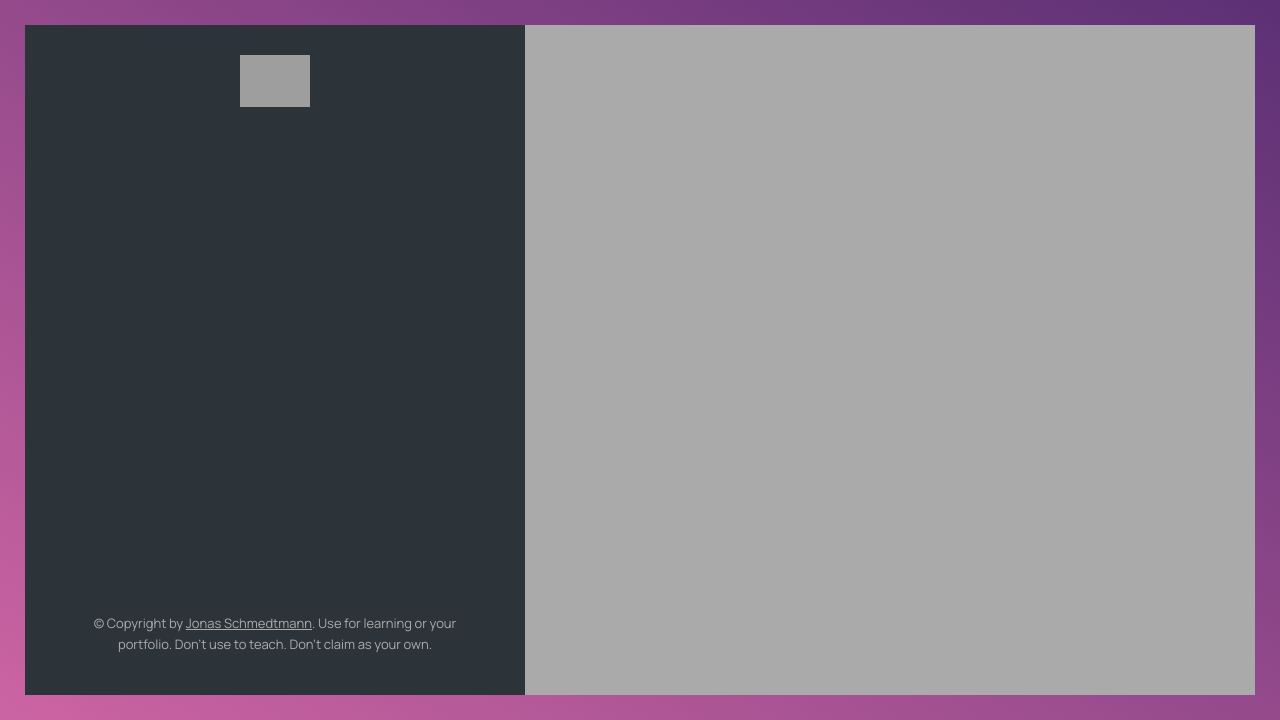
Repository: thuan711/All-about-JS
Page: map.html
These files come from the project's save history. The page is drawn as it stood at one moment and after the next save; the edit follows.
The browser window is 1280 px wide. The pictures show the whole page.
Pictures or frames that could not be fetched are drawn as grey boxes. Some web libraries are served in a nearby version.

Above is the page before, as saved 2023-01-05 23:56:09.

### map.html
<!DOCTYPE html>
<html lang="en">
  <head>
    <meta charset="UTF-8" />
    <meta name="viewport" content="width=device-width, initial-scale=1.0" />
    <meta http-equiv="X-UA-Compatible" content="ie=edge" />
    <link rel="shortcut icon" type="image/png" href="/icon.png" />

    <link
      href="https://fonts.googleapis.com/css2?family=Manrope:wght@400;600;700;800&display=swap"
      rel="stylesheet"
    />

    <link rel="stylesheet" href="style.css" />

    <link
      rel="stylesheet"
      href="https://unpkg.com/leaflet@1.6.0/dist/leaflet.css"
      integrity="sha512-xwE/Az9zrjBIphAcBb3F6JVqxf46+CDLwfLMHloNu6KEQCAWi6HcDUbeOfBIptF7tcCzusKFjFw2yuvEpDL9wQ=="
      crossorigin=""
    />
    <script
      defer
      src="https://unpkg.com/leaflet@1.6.0/dist/leaflet.js"
      integrity="sha512-gZwIG9x3wUXg2hdXF6+rVkLF/0Vi9U8D2Ntg4Ga5I5BZpVkVxlJWbSQtXPSiUTtC0TjtGOmxa1AJPuV0CPthew=="
      crossorigin=""
    ></script>
    <style>
        :root {
            --color-brand--1: #ffb545;
            --color-brand--2: #00c46a;

            --color-dark--1: #2d3439;
            --color-dark--2: #42484d;
            --color-light--1: #aaa;
            --color-light--2: #ececec;
            --color-light--3: rgb(214, 222, 224);
          }

          * {
            margin: 0;
            padding: 0;
            box-sizing: inherit;
          }

          html {
            font-size: 62.5%;
            box-sizing: border-box;
          }

          body {
            font-family: 'Manrope', sans-serif;
            color: var(--color-light--2);
            font-weight: 400;
            line-height: 1.6;
            height: 100vh;
            overscroll-behavior-y: none;

            background-color: #fff;
            padding: 2.5rem;

            display: flex;
          }

          /* GENERAL */
          a:link,
          a:visited {
            color: var(--color-brand--1);
          }

          /* SIDEBAR */
          .sidebar {
            flex-basis: 50rem;
            background-color: var(--color-dark--1);
            padding: 3rem 5rem 4rem 5rem;
            display: flex;
            flex-direction: column;
          }

          .logo {
            height: 5.2rem;
            align-self: center;
            margin-bottom: 4rem;
          }

          .workouts {
            list-style: none;
            height: 77vh;
            overflow-y: scroll;
            overflow-x: hidden;
          }

          .workouts::-webkit-scrollbar {
            width: 0;
          }

          .workout {
            background-color: var(--color-dark--2);
            border-radius: 5px;
            padding: 1.5rem 2.25rem;
            margin-bottom: 1.75rem;
            cursor: pointer;

            display: grid;
            grid-template-columns: 1fr 1fr 1fr 1fr;
            gap: 0.75rem 1.5rem;
          }
          .workout--running {
            border-left: 5px solid var(--color-brand--2);
          }
          .workout--cycling {
            border-left: 5px solid var(--color-brand--1);
          }

          .workout__title {
            font-size: 1.7rem;
            font-weight: 600;
            grid-column: 1 / -1;
          }

          .workout__details {
            display: flex;
            align-items: baseline;
          }

          .workout__icon {
            font-size: 1.8rem;
            margin-right: 0.2rem;
            height: 0.28rem;
          }

          .workout__value {
            font-size: 1.5rem;
            margin-right: 0.5rem;
          }

          .workout__unit {
            font-size: 1.1rem;
            color: var(--color-light--1);
            text-transform: uppercase;
            font-weight: 800;
          }

          .form {
            background-color: var(--color-dark--2);
            border-radius: 5px;
            padding: 1.5rem 2.75rem;
            margin-bottom: 1.75rem;

            display: grid;
            grid-template-columns: 1fr 1fr;
            gap: 0.5rem 2.5rem;

            /* Match height and activity boxes */
            height: 9.25rem;
            transition: all 0.5s, transform 1ms;
          }

          .form.hidden {
            transform: translateY(-30rem);
            height: 0;
            padding: 0 2.25rem;
            margin-bottom: 0;
            opacity: 0;
          }

          .form__row {
            display: flex;
            align-items: center;
          }

          .form__row--hidden {
            display: none;
          }

          .form__label {
            flex: 0 0 50%;
            font-size: 1.5rem;
            font-weight: 600;
          }

          .form__input {
            width: 100%;
            padding: 0.3rem 1.1rem;
            font-family: inherit;
            font-size: 1.4rem;
            border: none;
            border-radius: 3px;
            background-color: var(--color-light--3);
            transition: all 0.2s;
          }

          .form__input:focus {
            outline: none;
            background-color: #fff;
          }

          .form__btn {
            display: none;
          }

          .copyright {
            margin-top: auto;
            font-size: 1.3rem;
            text-align: center;
            color: var(--color-light--1);
          }

          .twitter-link:link,
          .twitter-link:visited {
            color: var(--color-light--1);
            transition: all 0.2s;
          }

          .twitter-link:hover,
          .twitter-link:active {
            color: var(--color-light--2);
          }

          /* MAP */
          #map {
            flex: 1;
            height: 100%;
            background-color: var(--color-light--1);
          }

          /* Popup width is defined in JS using options */
          .leaflet-popup .leaflet-popup-content-wrapper {
            background-color: var(--color-dark--1);
            color: var(--color-light--2);
            border-radius: 5px;
            padding-right: 0.6rem;
          }

          .leaflet-popup .leaflet-popup-content {
            font-size: 1.5rem;
          }

          .leaflet-popup .leaflet-popup-tip {
            background-color: var(--color-dark--1);
          }

          .running-popup .leaflet-popup-content-wrapper {
            border-left: 5px solid var(--color-brand--2);
          }
          .cycling-popup .leaflet-popup-content-wrapper {
            border-left: 5px solid var(--color-brand--1);
          }
    </style>

    <!-- <script defer src="other.js"></script> -->
    <script defer src="event/map.js"></script>
    <title>mapty // Map your workouts</title>
  </head>
  <body>
    <div class="sidebar">
      <img src="logo.png" alt="Logo" class="logo" />

      <ul class="workouts">
        <form class="form hidden">
          <div class="form__row">
            <label class="form__label">Type</label>
            <select class="form__input form__input--type">
              <option value="running">Running</option>
              <option value="cycling">Cycling</option>
            </select>
          </div>
          <div class="form__row">
            <label class="form__label">Distance</label>
            <input class="form__input form__input--distance" placeholder="km" />
          </div>
          <div class="form__row">
            <label class="form__label">Duration</label>
            <input
              class="form__input form__input--duration"
              placeholder="min"
            />
          </div>

          <div class="form__row">
            <label class="form__label">Cadence</label>
            <input
              class="form__input form__input--cadence"
              placeholder="step/min"
            />
          </div>
          <div class="form__row form__row--hidden">
            <label class="form__label">Elev Gain</label>
            <input
              class="form__input form__input--elevation"
              placeholder="meters"
            />
          </div>
          <button class="form__btn">OK</button>
        </form>

        <!-- <li class="workout workout--running" data-id="1234567890">
          <h2 class="workout__title">Running on April 14</h2>
          <div class="workout__details">
            <span class="workout__icon">🏃‍♂️</span>
            <span class="workout__value">5.2</span>
            <span class="workout__unit">km</span>
          </div>
          <div class="workout__details">
            <span class="workout__icon">⏱</span>
            <span class="workout__value">24</span>
            <span class="workout__unit">min</span>
          </div>
          <div class="workout__details">
            <span class="workout__icon">⚡️</span>
            <span class="workout__value">4.6</span>
            <span class="workout__unit">min/km</span>
          </div>
          <div class="workout__details">
            <span class="workout__icon">🦶🏼</span>
            <span class="workout__value">178</span>
            <span class="workout__unit">spm</span>
          </div>
        </li>

        <li class="workout workout--cycling" data-id="1234567891">
          <h2 class="workout__title">Cycling on April 5</h2>
          <div class="workout__details">
            <span class="workout__icon">🚴‍♀️</span>
            <span class="workout__value">27</span>
            <span class="workout__unit">km</span>
          </div>
          <div class="workout__details">
            <span class="workout__icon">⏱</span>
            <span class="workout__value">95</span>
            <span class="workout__unit">min</span>
          </div>
          <div class="workout__details">
            <span class="workout__icon">⚡️</span>
            <span class="workout__value">16</span>
            <span class="workout__unit">km/h</span>
          </div>
          <div class="workout__details">
            <span class="workout__icon">⛰</span>
            <span class="workout__value">223</span>
            <span class="workout__unit">m</span>
          </div>
        </li> -->
      </ul>

      <p class="copyright">
        &copy; Copyright by
        <a
          class="twitter-link"
          target="_blank"
          href="https://twitter.com/jonasschmedtman"
          >Jonas Schmedtmann</a
        >. Use for learning or your portfolio. Don't use to teach. Don't claim
        as your own.
      </p>
    </div>

    <div id="map"></div>
  </body>
</html>

### 32131312-main/32131312-main/style.css
body{
    background-image: linear-gradient(to top right,
        #CC64A2, #5C3075
    );
    min-height: 100vh;
    line-height: 20px;
    font-family: monospace;
}
.container{
    width:900px;
    margin:150px auto 0;
}
.list{
    display: grid;
    grid-template-columns: 300px 300px 300px;
    column-gap: 20px;
}
.item .img img{
    height:200px;
    transition: 0.5s;
}
.item .img{
    background-image: linear-gradient(to top right,
        #D89CD1, #D499D4
    );
    padding:20px;
    display: flex;
    justify-content: center;
    align-items: center;
    border-radius: 30px;
}
.item .content{
    background-color: #ffffff24;
    border-radius: 30px;
    padding:50px 30px;
    transform: translate(0,-50px);
    backdrop-filter: blur(20px);
    color:#fff;
}
.title{
    font-size: x-large;
}
.item .content .des{
    opacity: .7;
    margin:10px 0;
}
.item .content .price{
    font-size: large;
    letter-spacing: 3px;
    margin-bottom:10px;
}
.item .content .add{
    background-color: #B192EF;
    padding:20px;
    color:#fff;
    width:100%;
    border:none;
    border-radius: 30px;
}
.item:hover img{
    transform: translate(0,-50px);
}
.listPage{
    padding:10px;
    text-align: center;
    list-style: none;
}
.listPage li{
    background-color: #ffffffBD;
    padding:20px;
    display: inline-block;
    margin:0 10px;
    cursor: pointer;
}
.listPage .active{
    background-color: #B192EF;
    color:#fff;
}

### event/map.js
'use strict';

class Workout {
  date = new Date();
  id = (Date.now() + '').slice(-10);
  clicks = 0;

  constructor(coords, distance, duration) {
    // this.date = ...
    // this.id = ...
    this.coords = coords; // [lat, lng]
    this.distance = distance; // in km
    this.duration = duration; // in min
  }

  _setDescription() {
    // prettier-ignore
    const months = ['January', 'February', 'March', 'April', 'May', 'June', 'July', 'August', 'September', 'October', 'November', 'December'];

    this.description = `${this.type[0].toUpperCase()}${this.type.slice(1)} on ${
      months[this.date.getMonth()]
    } ${this.date.getDate()}`;
  }

  click() {
    this.clicks++;
  }
}

class Running extends Workout {
  type = 'running';

  constructor(coords, distance, duration, cadence) {
    super(coords, distance, duration);
    this.cadence = cadence;
    this.calcPace();
    this._setDescription();
  }

  calcPace() {
    // min/km
    this.pace = this.duration / this.distance;
    return this.pace;
  }
}

class Cycling extends Workout {
  type = 'cycling';

  constructor(coords, distance, duration, elevationGain) {
    super(coords, distance, duration);
    this.elevationGain = elevationGain;
    // this.type = 'cycling';
    this.calcSpeed();
    this._setDescription();
  }

  calcSpeed() {
    // km/h
    this.speed = this.distance / (this.duration / 60);
    return this.speed;
  }
}

// const run1 = new Running([39, -12], 5.2, 24, 178);
// const cycling1 = new Cycling([39, -12], 27, 95, 523);
// console.log(run1, cycling1);

///////////////////////////////////////
// APPLICATION ARCHITECTURE
const form = document.querySelector('.form');
const containerWorkouts = document.querySelector('.workouts');
const inputType = document.querySelector('.form__input--type');
const inputDistance = document.querySelector('.form__input--distance');
const inputDuration = document.querySelector('.form__input--duration');
const inputCadence = document.querySelector('.form__input--cadence');
const inputElevation = document.querySelector('.form__input--elevation');

class App {
  #map;
  #mapZoomLevel = 13;
  #mapEvent;
  #workouts = [];

  constructor() {
    // Get user's position
    this._getPosition();

    // Get data from local storage
    this._getLocalStorage();

    // Attach event handlers
    form.addEventListener('submit', this._newWorkout.bind(this));
    inputType.addEventListener('change', this._toggleElevationField);
    containerWorkouts.addEventListener('click', this._moveToPopup.bind(this));
  }

  _getPosition() {
    if (navigator.geolocation)
      navigator.geolocation.getCurrentPosition(
        this._loadMap.bind(this),
        function () {
          alert('Could not get your position');
        }
      );
  }

  _loadMap(position) {
    const { latitude } = position.coords;
    const { longitude } = position.coords;
    // console.log(`https://www.google.pt/maps/@${latitude},${longitude}`);

    const coords = [latitude, longitude];

    this.#map = L.map('map').setView(coords, this.#mapZoomLevel);

    L.tileLayer('https://{s}.tile.openstreetmap.fr/hot/{z}/{x}/{y}.png', {
      attribution:
        '&copy; <a href="https://www.openstreetmap.org/copyright">OpenStreetMap</a> contributors',
    }).addTo(this.#map);

    // Handling clicks on map
    this.#map.on('click', this._showForm.bind(this));

    this.#workouts.forEach(work => {
      this._renderWorkoutMarker(work);
    });
  }

  _showForm(mapE) {
    this.#mapEvent = mapE;
    form.classList.remove('hidden');
    inputDistance.focus();
  }

  _hideForm() {
    // Empty inputs
    inputDistance.value = inputDuration.value = inputCadence.value = inputElevation.value =
      '';

    form.style.display = 'none';
    form.classList.add('hidden');
    setTimeout(() => (form.style.display = 'grid'), 1000);
  }

  _toggleElevationField() {
    inputElevation.closest('.form__row').classList.toggle('form__row--hidden');
    inputCadence.closest('.form__row').classList.toggle('form__row--hidden');
  }

  _newWorkout(e) {
    const validInputs = (...inputs) =>
      inputs.every(inp => Number.isFinite(inp));
    const allPositive = (...inputs) => inputs.every(inp => inp > 0);

    e.preventDefault();

    // Get data from form
    const type = inputType.value;
    const distance = +inputDistance.value;
    const duration = +inputDuration.value;
    const { lat, lng } = this.#mapEvent.latlng;
    let workout;

    // If workout running, create running object
    if (type === 'running') {
      const cadence = +inputCadence.value;

      // Check if data is valid
      if (
        // !Number.isFinite(distance) ||
        // !Number.isFinite(duration) ||
        // !Number.isFinite(cadence)
        !validInputs(distance, duration, cadence) ||
        !allPositive(distance, duration, cadence)
      )
        return alert('Inputs have to be positive numbers!');

      workout = new Running([lat, lng], distance, duration, cadence);
    }

    // If workout cycling, create cycling object
    if (type === 'cycling') {
      const elevation = +inputElevation.value;

      if (
        !validInputs(distance, duration, elevation) ||
        !allPositive(distance, duration)
      )
        return alert('Inputs have to be positive numbers!');

      workout = new Cycling([lat, lng], distance, duration, elevation);
    }

    // Add new object to workout array
    this.#workouts.push(workout);

    // Render workout on map as marker
    this._renderWorkoutMarker(workout);

    // Render workout on list
    this._renderWorkout(workout);

    // Hide form + clear input fields
    this._hideForm();

    // Set local storage to all workouts
    this._setLocalStorage();
  }

  _renderWorkoutMarker(workout) {
    L.marker(workout.coords)
      .addTo(this.#map)
      .bindPopup(
        L.popup({
          maxWidth: 250,
          minWidth: 100,
          autoClose: false,
          closeOnClick: false,
          className: `${workout.type}-popup`,
        })
      )
      .setPopupContent(
        `${workout.type === 'running' ? '🏃‍♂️' : '🚴‍♀️'} ${workout.description}`
      )
      .openPopup();
  }

  _renderWorkout(workout) {
    let html = `
      <li class="workout workout--${workout.type}" data-id="${workout.id}">
        <h2 class="workout__title">${workout.description}</h2>
        <div class="workout__details">
          <span class="workout__icon">${
            workout.type === 'running' ? '🏃‍♂️' : '🚴‍♀️'
          }</span>
          <span class="workout__value">${workout.distance}</span>
          <span class="workout__unit">km</span>
        </div>
        <div class="workout__details">
          <span class="workout__icon">⏱</span>
          <span class="workout__value">${workout.duration}</span>
          <span class="workout__unit">min</span>
        </div>
    `;

    if (workout.type === 'running')
      html += `
        <div class="workout__details">
          <span class="workout__icon">⚡️</span>
          <span class="workout__value">${workout.pace.toFixed(1)}</span>
          <span class="workout__unit">min/km</span>
        </div>
        <div class="workout__details">
          <span class="workout__icon">🦶🏼</span>
          <span class="workout__value">${workout.cadence}</span>
          <span class="workout__unit">spm</span>
        </div>
      </li>
      `;

    if (workout.type === 'cycling')
      html += `
        <div class="workout__details">
          <span class="workout__icon">⚡️</span>
          <span class="workout__value">${workout.speed.toFixed(1)}</span>
          <span class="workout__unit">km/h</span>
        </div>
        <div class="workout__details">
          <span class="workout__icon">⛰</span>
          <span class="workout__value">${workout.elevationGain}</span>
          <span class="workout__unit">m</span>
        </div>
      </li>
      `;

    form.insertAdjacentHTML('afterend', html);
  }

  _moveToPopup(e) {
    // BUGFIX: When we click on a workout before the map has loaded, we get an error. But there is an easy fix:
    if (!this.#map) return;

    const workoutEl = e.target.closest('.workout');

    if (!workoutEl) return;

    const workout = this.#workouts.find(
      work => work.id === workoutEl.dataset.id
    );

    this.#map.setView(workout.coords, this.#mapZoomLevel, {
      animate: true,
      pan: {
        duration: 1,
      },
    });

    // using the public interface
    // workout.click();
  }

  _setLocalStorage() {
    localStorage.setItem('workouts', JSON.stringify(this.#workouts));
  }

  _getLocalStorage() {
    const data = JSON.parse(localStorage.getItem('workouts'));

    if (!data) return;

    this.#workouts = data;

    this.#workouts.forEach(work => {
      this._renderWorkout(work);
    });
  }

  reset() {
    localStorage.removeItem('workouts');
    location.reload();
  }
}

const app = new App();

After the next save:
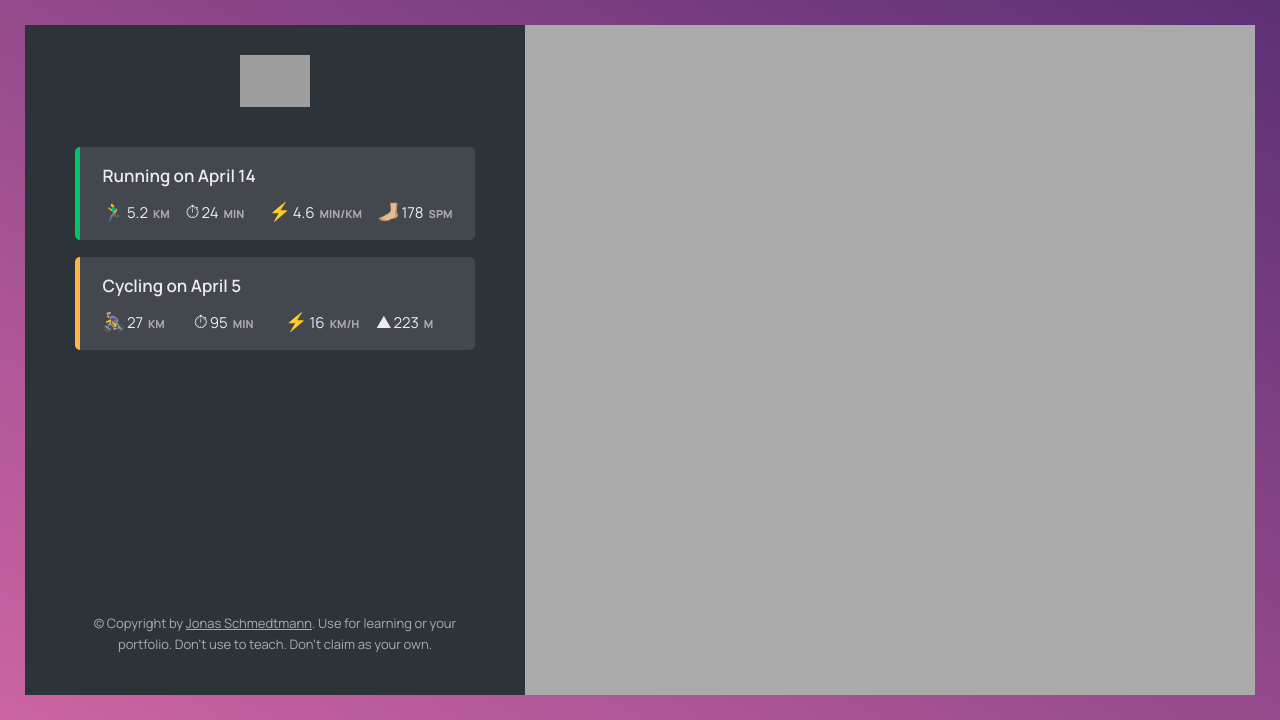
Saved 3 min 54 s later.
--- a/map.html
+++ b/map.html
@@ -294,7 +294,7 @@
           <button class="form__btn">OK</button>
         </form>
 
-        <!-- <li class="workout workout--running" data-id="1234567890">
+        <li class="workout workout--running" data-id="1234567890">
           <h2 class="workout__title">Running on April 14</h2>
           <div class="workout__details">
             <span class="workout__icon">🏃‍♂️</span>
@@ -340,7 +340,7 @@
             <span class="workout__value">223</span>
             <span class="workout__unit">m</span>
           </div>
-        </li> -->
+        </li>
       </ul>
 
       <p class="copyright">
